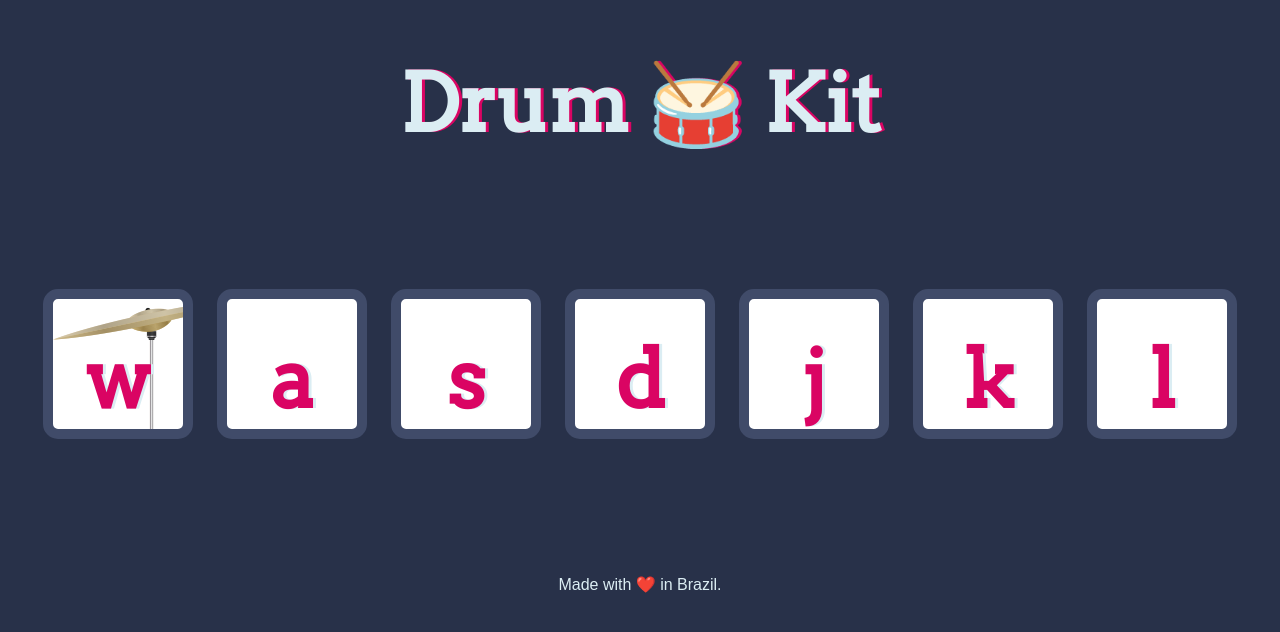
Repository: Mardoqueu/drum-kit
Page: index.html
The author's editor kept a copy of each file at every save. The page is drawn from the files as they stood at one save, then again after a run of saves.
The browser window is 1280 px wide. The pictures show the whole page.

Above is the page before, as saved 2022-10-15 09:55:34.

### index.html
<!DOCTYPE html>
<html lang="en" dir="ltr">

<head>
  <meta charset="utf-8">
  <title>Drum Kit</title>
  <link rel="stylesheet" href="styles.css">
  <link href="https://fonts.googleapis.com/css?family=Arvo" rel="stylesheet">
</head>

<body>

  <h1 id="title">Drum 🥁 Kit</h1>
  <div class="set">
    <button class="w drum">w</button>
    <button class="a drum">a</button>
    <button class="s drum">s</button>
    <button class="d drum">d</button>
    <button class="j drum">j</button>
    <button class="k drum">k</button>
    <button class="l drum">l</button>
  </div>

  <script src="index.js"></script>

  <footer>
    Made with ❤️ in Brazil.
  </footer>
</body>

</html>

### styles.css
body {
  text-align: center;
  background-color: #283149;
}

h1 {
  font-size: 5rem;
  color: #DBEDF3;
  font-family: "Arvo", cursive;
  text-shadow: 3px 0 #DA0463;

}

footer {
  color: #DBEDF3;
  font-family: sans-serif;
}

.w {
  background-image: url("images/crash.png");
}

.a {

}

.s {

}

.d {

}

.j {

}

.k {

}

.l {

}

.set {
  margin: 10% auto;
}

.game-over {
  background-color: red;
  opacity: 0.8;
}

.pressed {
  box-shadow: 0 3px 4px 0 #DBEDF3;
  opacity: 0.5;
}

.red {
  color: red;
}

.drum {
  outline: none;
  border: 10px solid #404B69;
  font-size: 5rem;
  font-family: 'Arvo', cursive;
  line-height: 2;
  font-weight: 900;
  color: #DA0463;
  text-shadow: 3px 0 #DBEDF3;
  border-radius: 15px;
  display: inline-block;
  width: 150px;
  height: 150px;
  text-align: center;
  margin: 10px;
  background-color: white;
}

### index.js

var numberOfDrumButtons =  document.querySelectorAll(".drum").length;
var audio = new Audio('sounds/tom-1.mp3');


for(var i = 0; i < numberOfDrumButtons; i++){

    document.querySelectorAll("button")[i].addEventListener("click", function(){
        audio.play();

    });
}

After the next 2 saves:
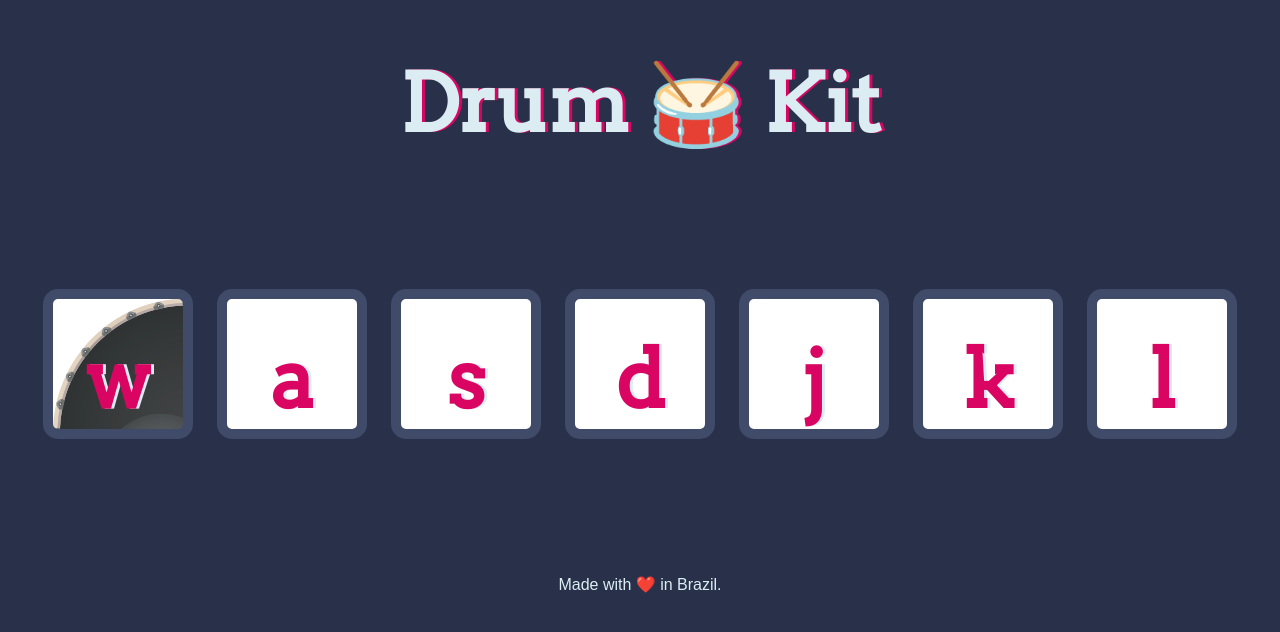
The 2 saves are shown as one change because they came seconds apart.
The last was saved 8 s later.
--- a/styles.css
+++ b/styles.css
@@ -17,7 +17,7 @@
 }
 
 .w {
-  background-image: url("images/crash.png");
+  background-image: url("images/kick.png");
 }
 
 .a {
